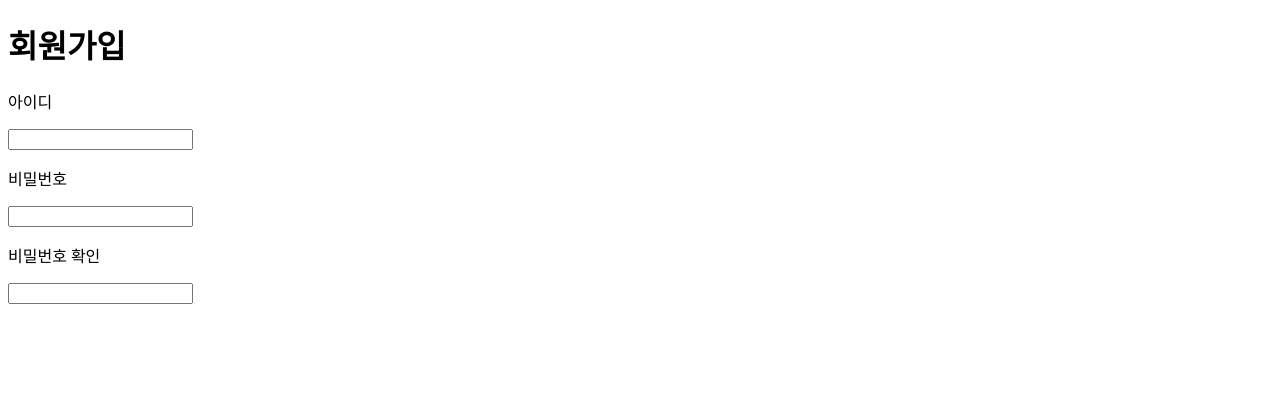
Repository: gihyun0801/post_project
Page: http://localhost/TodoList/signup
An editor plug-in stored every save of this project. The page is shown before and after the next save, followed by the edit.
The browser window is 1280 px wide. The pictures show the whole page.
The page is served by Tomcat 10.

Above is the page before, as saved 2024-03-27 11:29:50.

After the next save:
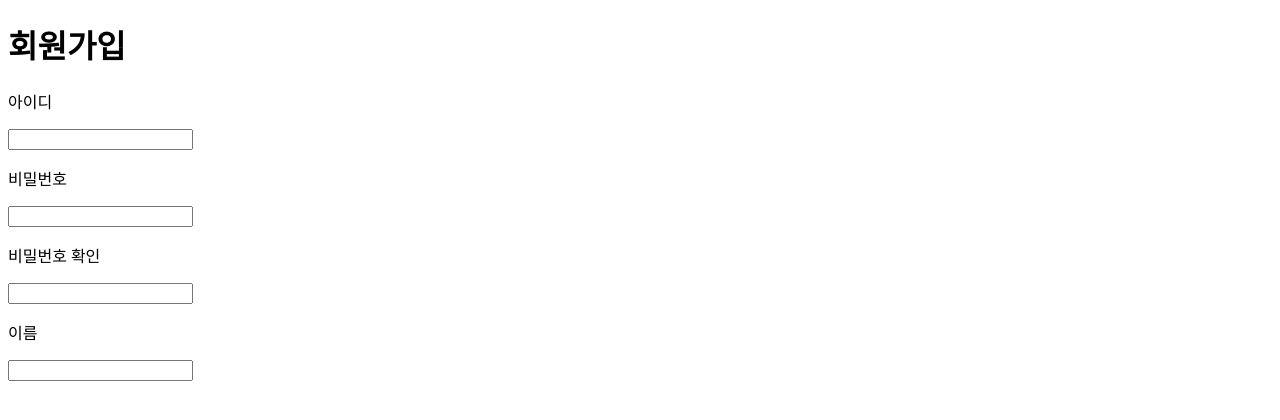
Saved 40 s later.
--- a/TodoList/src/main/webapp/WEB-INF/views/signup.jsp
+++ b/TodoList/src/main/webapp/WEB-INF/views/signup.jsp
@@ -23,6 +23,9 @@
        <input type="password" name="inputPw2" required>
        <span id="pwMessage"></span>
 
+       <p>이름</p>
+       <input type="inputName" id="inputName" required>
+
     </form>
 
    </main>
